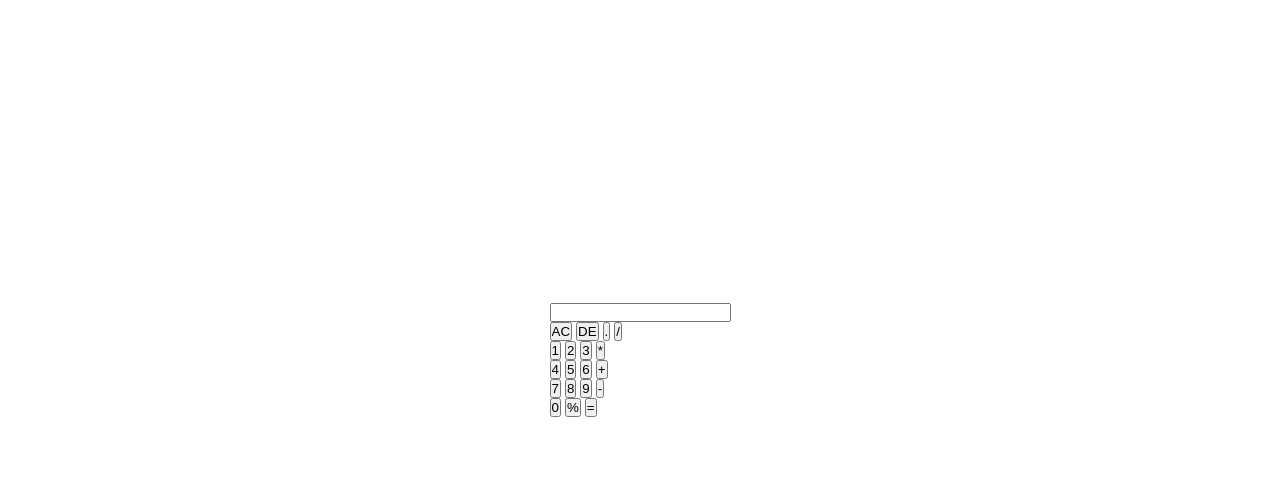
Repository: jerrys-arch/web-calculator
Page: index.html
These files come from the project's save history. The page is drawn as it stood at one moment and after the next save; the edit follows.
The browser window is 1280 px wide. The pictures show the whole page.

Above is the page before, as saved 2024-11-30 04:55:28.

### index.html
<!DOCTYPE html>
<html lang="en">
<head>
    <meta charset="UTF-8">
    <meta name="viewport" content="width=device-width, initial-scale=1.0">
    <title>calculator</title>
    <link rel="stylesheet" href="styles.css">
</head>
<body>
    <div class="container">
        <div class="calculator">
            <div class="display">
                <input id="display" type="text">
            </div>
            <div>
                <input type="button" value="AC">
                <input type="button" value="DE">
                <input type="button" value=".">
                <input type="button" value="/">
            </div>
            <div>
                <input type="button" value="1">
                <input type="button" value="2">
                <input type="button" value="3">
                <input type="button" value="*">
            </div>
            <div>
                <input type="button" value="4">
                <input type="button" value="5">
                <input type="button" value="6">
                <input type="button" value="+">
            </div>
            <div>
                <input type="button" value="7">
                <input type="button" value="8">
                <input type="button" value="9">
                <input type="button" value="-">
            </div>
            <div>
                <input type="button" value="0">
                <input type="button" value="%">
                <input type="button" value="=">
            </div>
        </div>
    </div>
</body>
</html>

### styles.css
*{
    margin:0;
    padding:0;
    box-sizing: border-box;
}

.container{
    display:flex;
    align-items: center;
    justify-content: center;
    height:100vh;

}
.caclculator{
    margin:20px;
    padding:20px;
    width:100px;
    background: #eee;
}

After the next save:
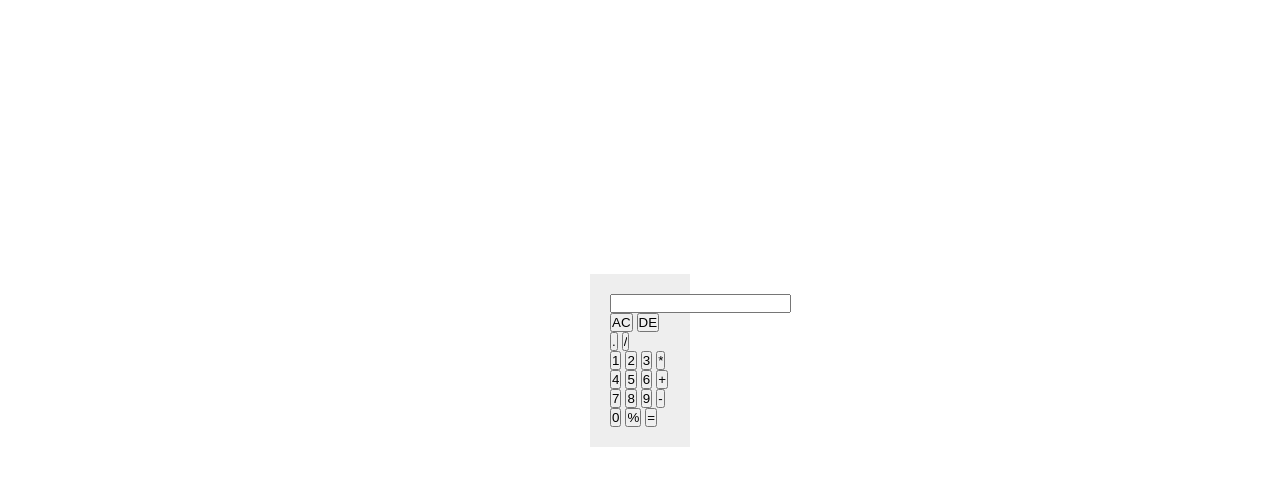
Saved 5 s later.
--- a/styles.css
+++ b/styles.css
@@ -11,7 +11,7 @@
     height:100vh;
 
 }
-.caclculator{
+.calculator{
     margin:20px;
     padding:20px;
     width:100px;
